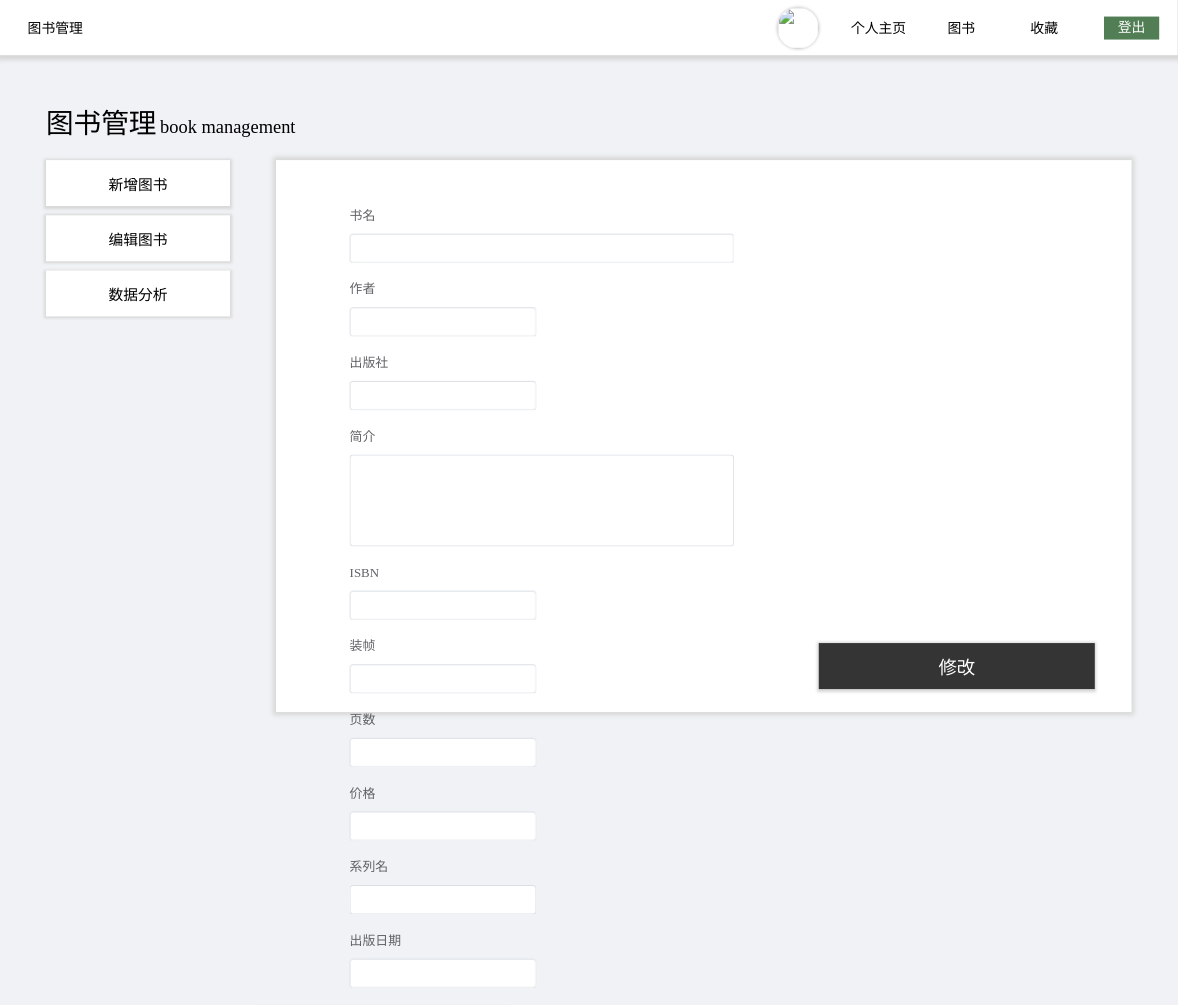
Repository: quanwangniuniu/Oasis-Reading-Platform
Page: /#/admin/managebooks/edit (app in Vue-frontend/)
The author's editor kept a copy of each file at every save. The page is drawn from the files as they stood at one save, then again after the next save.
The browser window is 1280 px wide. The pictures show the whole page, at 92% of full size.
The page's requests for data from a server got no answer. Some web fonts or font styles are not loaded; a fallback is used. The project was rebuilt for these pictures with package versions that can differ from the ones it lists, and the page was loaded fresh each time. No one was signed in, and anything a server would have sent is missing. Also part of the build but not shown: Vue-frontend/vite.config.js, Vue-frontend/src/components/Test.vue, Vue-frontend/src/components/user/books/BookCard.vue, Vue-frontend/src/components/user/books/Books.vue, Vue-frontend/src/components/axios/favourite_api.js, Vue-frontend/src/components/user/movies/FavouriteBookCard.vue, Vue-frontend/src/components/user/movies/FavouritesFolderCard.vue, Vue-frontend/src/components/user/movies/Favourites.vue and 25 more.

Above is the page before, as saved 2023-04-21 15:05:09.

After the next save:
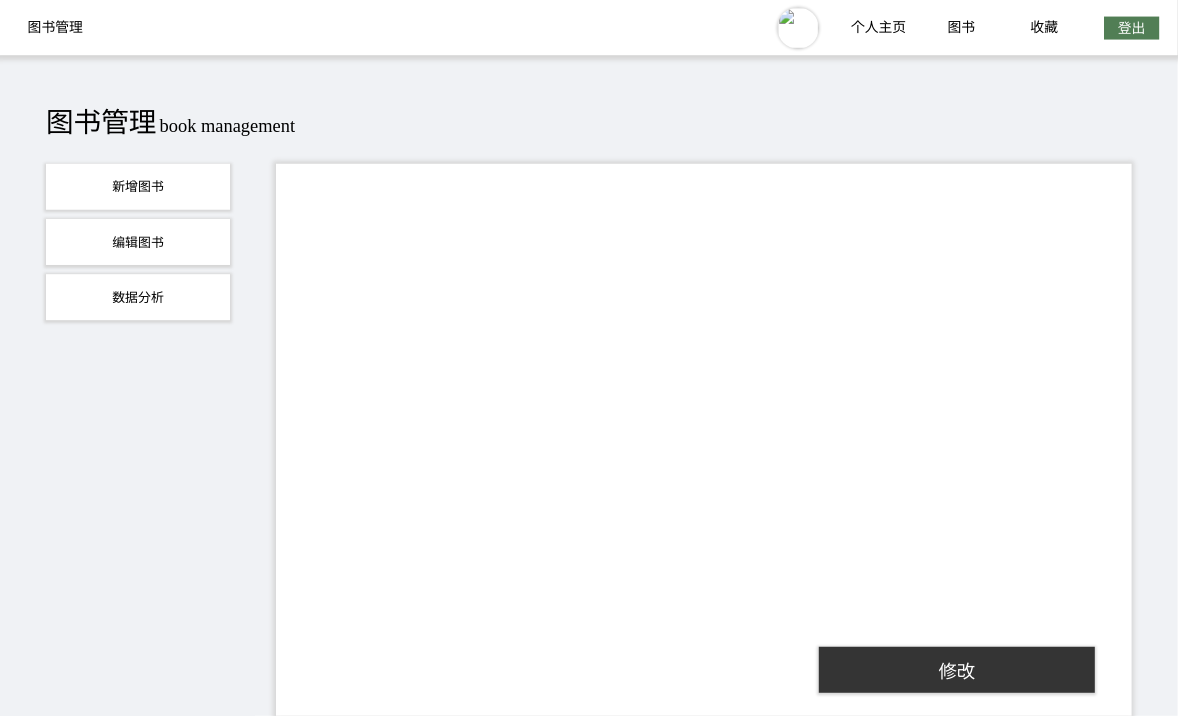
Saved 3 min 34 s later.
--- a/Vue-frontend/src/components/admin/bookManagement/EditBook.vue
+++ b/Vue-frontend/src/components/admin/bookManagement/EditBook.vue
@@ -86,6 +86,20 @@
 <template>
     <div class="container">
         <div class="book-form">
+
+          <n-form ref="formRef" :model="bookItem" >
+            <n-grid :cols="24" :x-gap="24">
+              <n-form-item path="title" label="书名" :span="24">
+                <n-input
+                  placeholder="请输入书名"
+                  class="input"
+                  v-model:value="bookItem.title"
+                >
+                </n-input>
+              </n-form-item>
+            </n-grid>
+          </n-form>
+<!--
           <el-form
             label-position="top"
             label-width="100px"
@@ -123,7 +137,8 @@
             <el-form-item label="出版日期">
               <el-input v-model="bookItem.publish_year" />
             </el-form-item>
-          </el-form>
+          </el-form> -->
+
         </div>
         <div class="img-upload-and-submit">
           <div class="img-container">

After the save that followed:
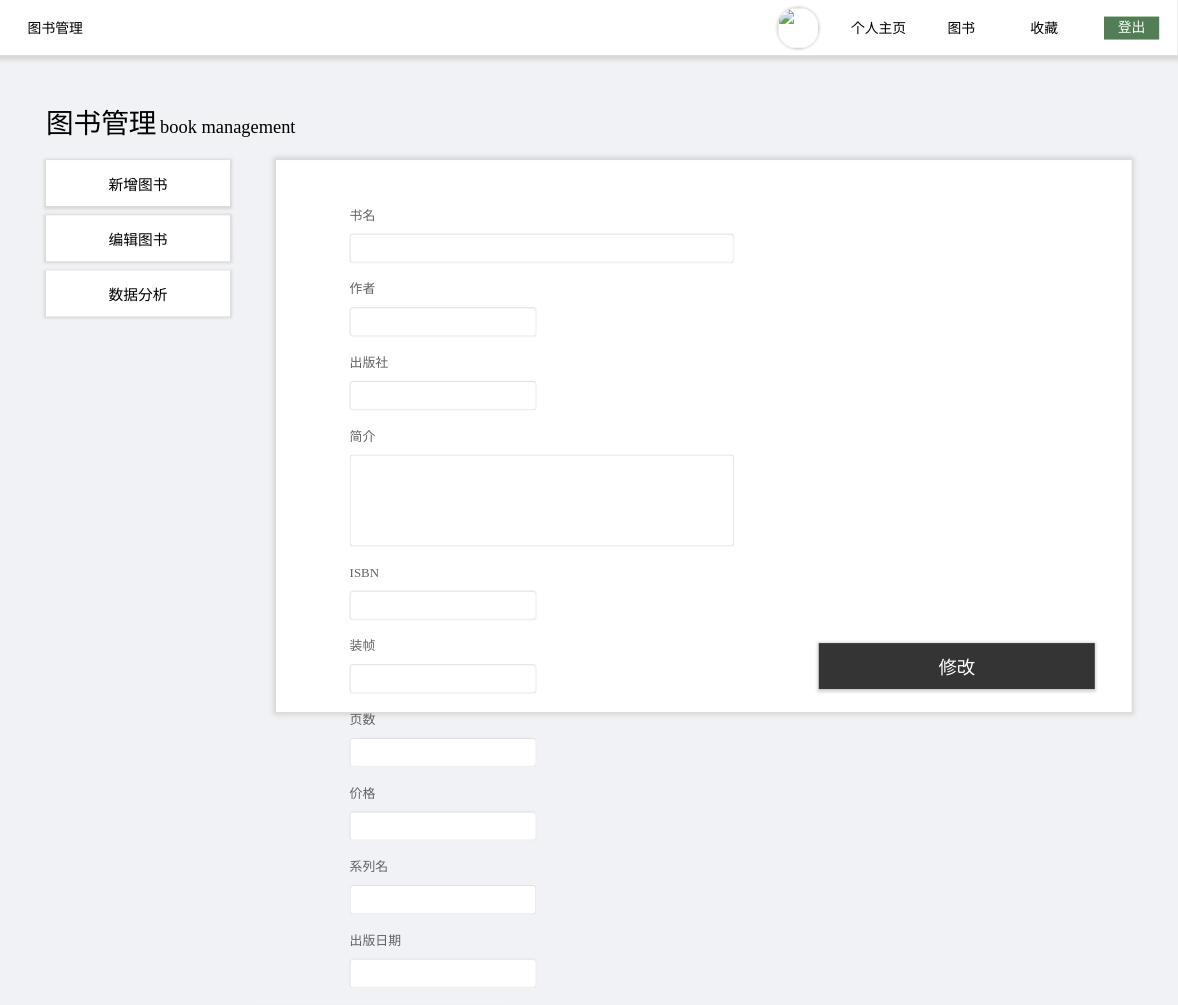
Saved 24 s later.
--- a/Vue-frontend/src/components/admin/bookManagement/EditBook.vue
+++ b/Vue-frontend/src/components/admin/bookManagement/EditBook.vue
@@ -87,19 +87,6 @@
     <div class="container">
         <div class="book-form">
 
-          <n-form ref="formRef" :model="bookItem" >
-            <n-grid :cols="24" :x-gap="24">
-              <n-form-item path="title" label="书名" :span="24">
-                <n-input
-                  placeholder="请输入书名"
-                  class="input"
-                  v-model:value="bookItem.title"
-                >
-                </n-input>
-              </n-form-item>
-            </n-grid>
-          </n-form>
-<!--
           <el-form
             label-position="top"
             label-width="100px"
@@ -137,7 +124,7 @@
             <el-form-item label="出版日期">
               <el-input v-model="bookItem.publish_year" />
             </el-form-item>
-          </el-form> -->
+          </el-form>
 
         </div>
         <div class="img-upload-and-submit">
